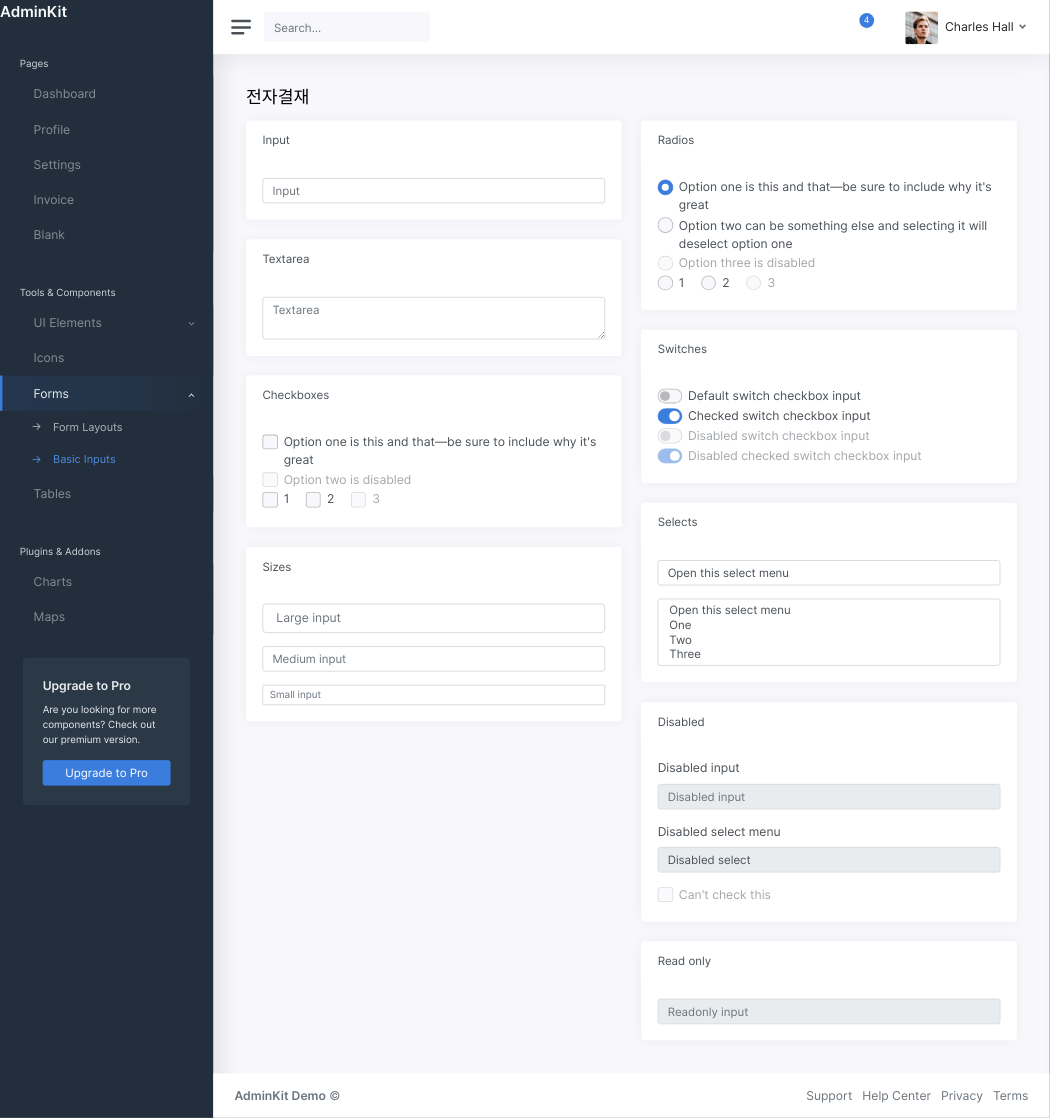
Repository: jaeny96/groupware
Page: front/WebContent/post.html
These files come from the project's save history. The page is drawn as it stood at one moment and after the next save; the edit follows.
The browser window is 1280 px wide. The pictures show the whole page, at 82% of full size.

Above is the page before, as saved 2021-07-05 09:10:39.
Not found: front/WebContent/js/app.js

After the next save:
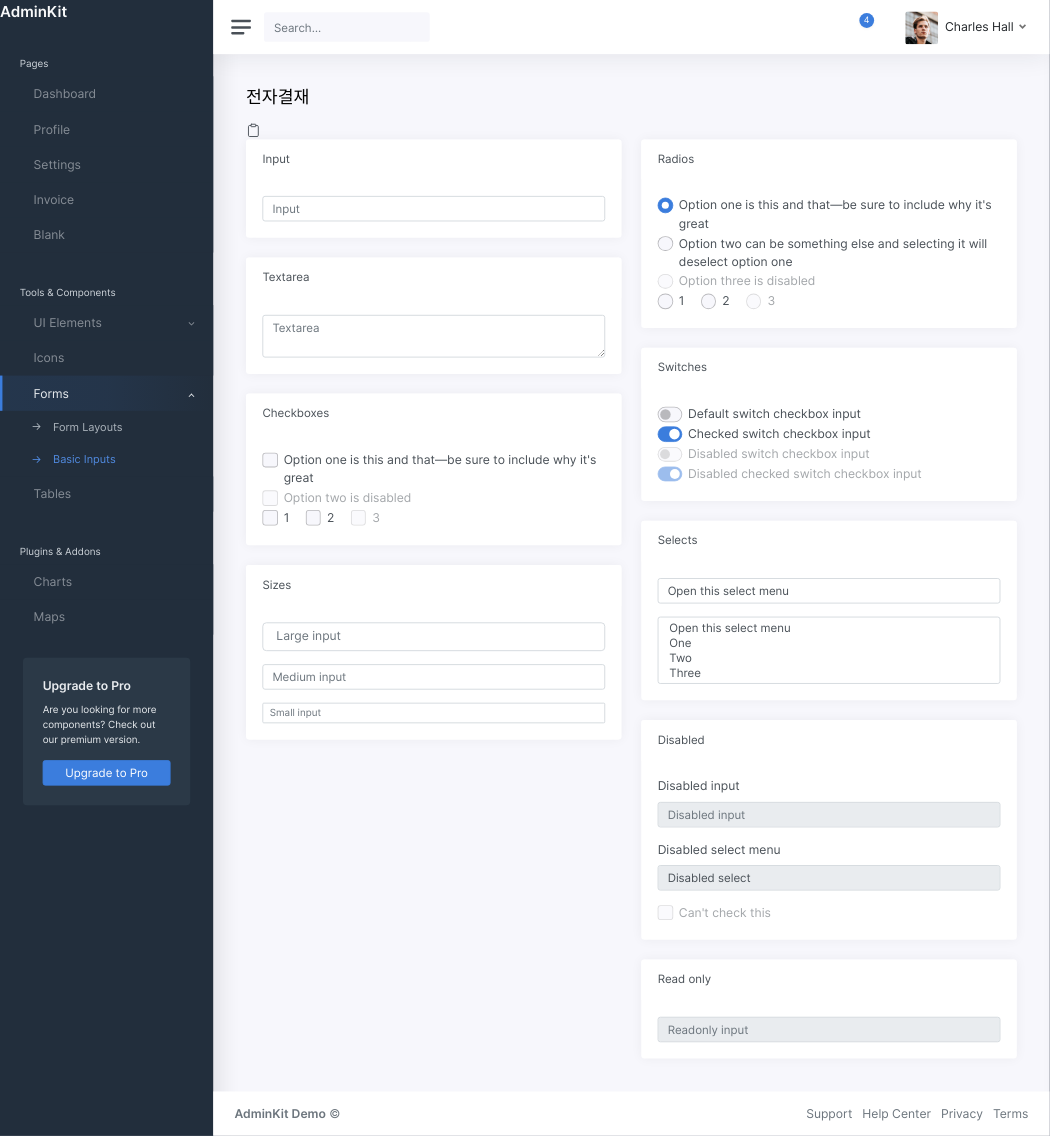
Saved 109 s later.
--- a/front/WebContent/post.html
+++ b/front/WebContent/post.html
@@ -303,6 +303,7 @@
 				<div class="container-fluid p-0">
 
 					<h1 class="h3 mb-3">전자결재</h1>
+					<svg xmlns="http://www.w3.org/2000/svg" width="24" height="24" viewBox="0 0 24 24" fill="none" stroke="currentColor" stroke-width="2" stroke-linecap="round" stroke-linejoin="round" class="feather feather-clipboard align-middle mr-2"><path d="M16 4h2a2 2 0 0 1 2 2v14a2 2 0 0 1-2 2H6a2 2 0 0 1-2-2V6a2 2 0 0 1 2-2h2"></path><rect x="8" y="2" width="8" height="4" rx="1" ry="1"></rect></svg>
 					<div class="row">
 						<div class="col-12 col-lg-6">
 							<div class="card">
